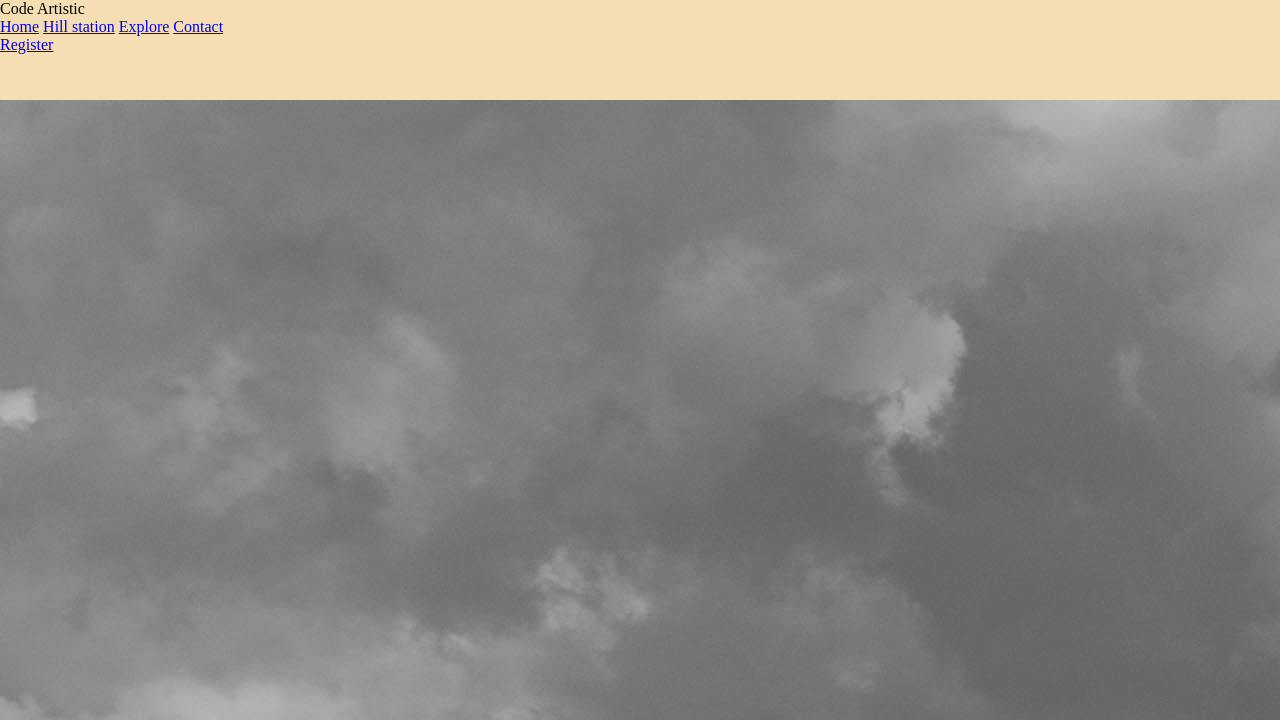
Repository: Ruxmary7/energy
Page: starter/index.html
An editor plug-in stored every save of this project. The page is shown before and after a run of saves, followed by the edit.
The browser window is 1280 px wide. The pictures show the whole page.

Above is the page before, as saved 2025-01-10 21:56:39.

### starter/index.html
<!DOCTYPE html>
<html lang="en">
<head>
    <meta charset="UTF-8">
    <meta name="viewport" content="width=device-width, initial-scale=1.0">
    <title>Landing page</title>
    <link rel="stylesheet" href="style.css">
</head>
<body>
    <header>
<nav>
    <div class="logo">
Code Artistic
    </div>
<div class="menu">
    <a href="#">Home</a>
    <a href="#">Hill station</a>
    <a href="#">Explore</a>
<a href="#">Contact</a>

</div>
<div class="register">
    <a href="#">Register</a>
</div>

    </header>
</body>
</html>

### starter/style.css
* {
    padding: 0;
    margin: 0;
    box-sizing: border-box;
}

header {
    width: 100%;
    height: 100vh;
    background: url(abc.jpg);
    block-size: cover;
 nav {
    width: 100%;
    height: 100px;
    background: wheat;
    color: #000;
    d
 }
}

After the next 2 saves:
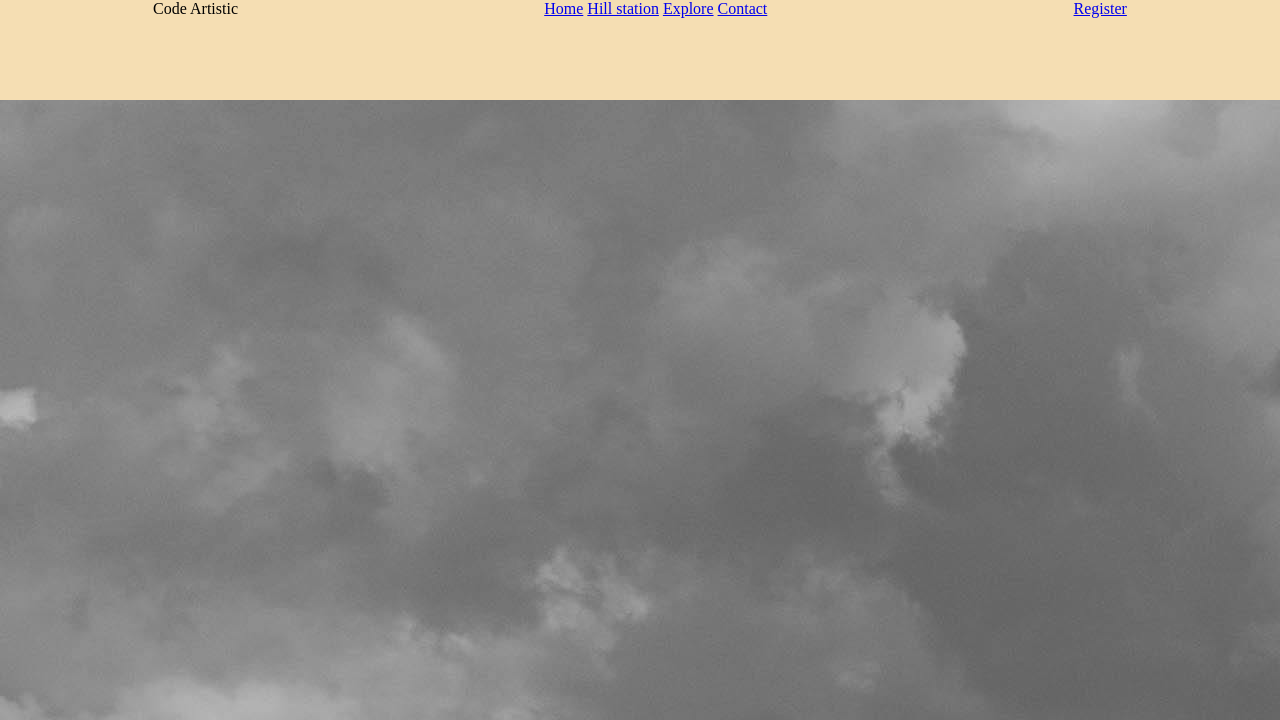
The 2 saves are shown as one change because they came seconds apart.
The last was saved 9 s later.
--- a/starter/style.css
+++ b/starter/style.css
@@ -14,6 +14,8 @@ header {
     height: 100px;
     background: wheat;
     color: #000;
-    d
+    display: flex;
+    justify-content: space-around;
+
  }
 }
